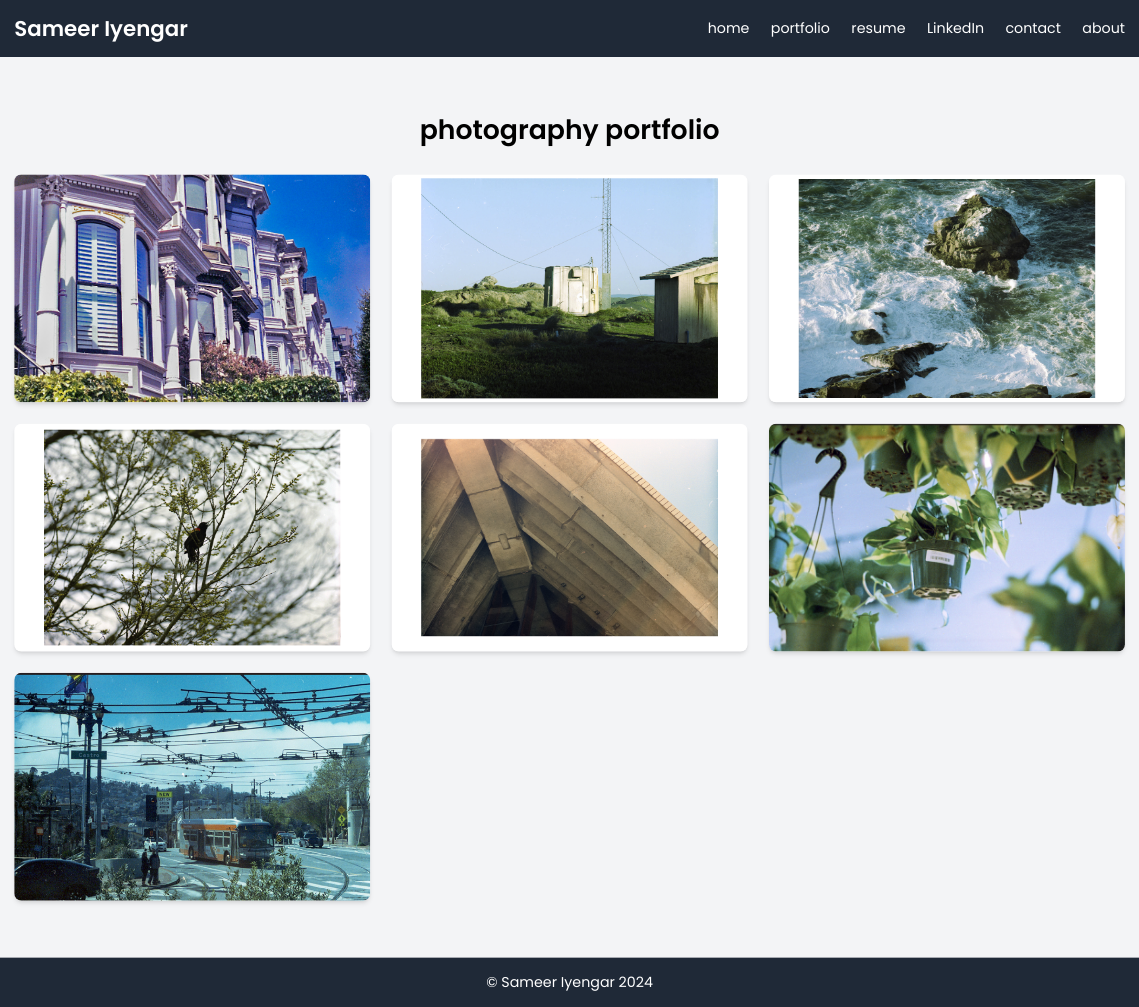
Repository: siyengar04/siyengar04.github.io
Page: portfolio.html
An editor plug-in stored every save of this project. The page is shown before and after a run of saves, followed by the edit.
The browser window is 1280 px wide. The pictures show the whole page, at 89% of full size.
Some web libraries are served in a nearby version.

Above is the page before, as saved 2025-06-26 17:39:33.

After the next 2 saves:
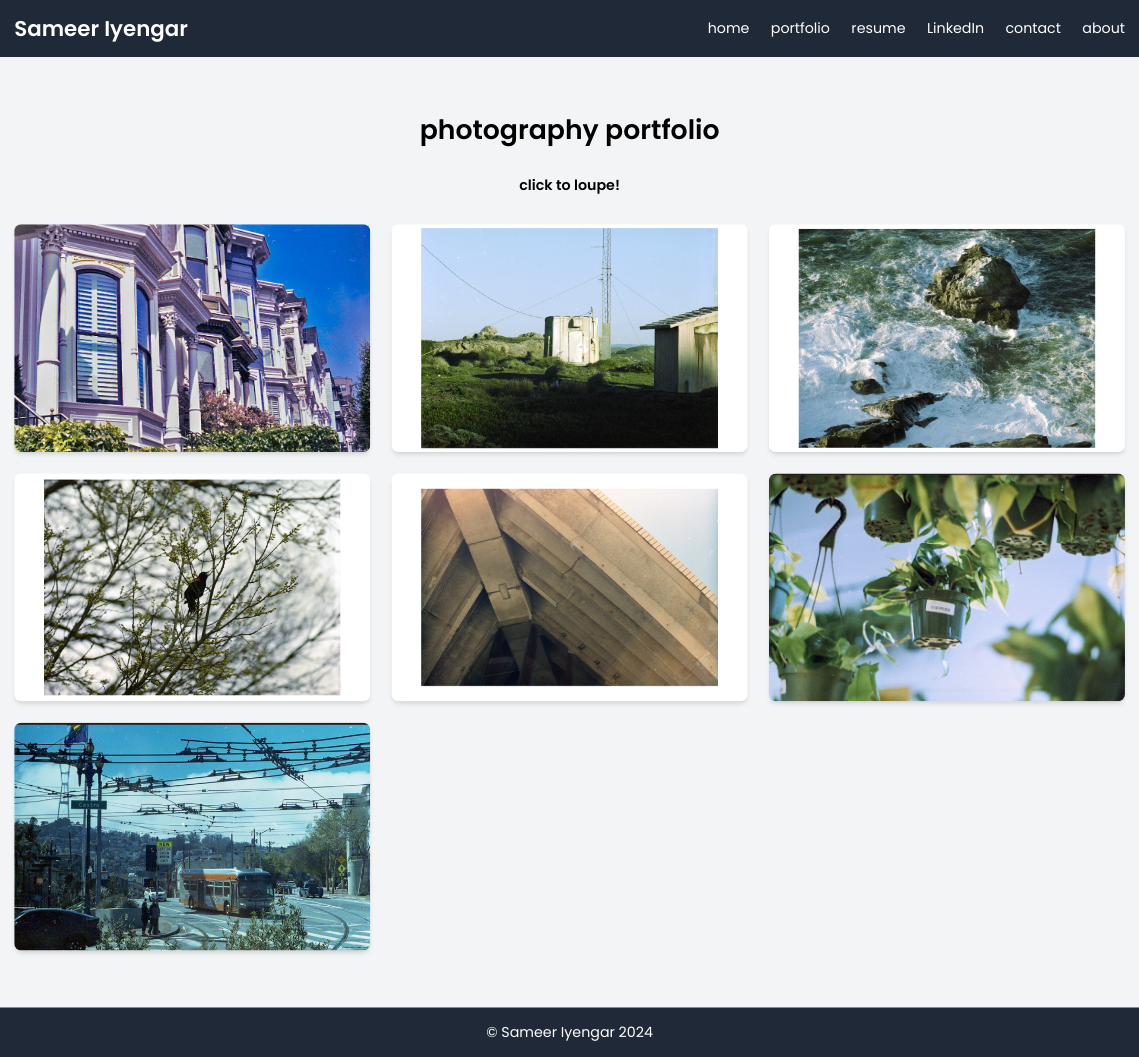
The 2 saves are shown as one change because they came seconds apart.
The last was saved 9 min 47 s later.
--- a/portfolio.html
+++ b/portfolio.html
@@ -89,7 +89,7 @@
     <section id="portfolio" class="py-16 mt-16 portfolio">
         <div class="container px-4 mx-auto">
             <h2 class="mb-8 text-3xl font-bold text-center">photography portfolio</h2>
-
+            <h3 class="mb-8 font-bold text-center text-1xl">click to loupe!</h3>
             <div class="grid grid-cols-1 gap-6 sm:grid-cols-2 lg:grid-cols-3">
                 <!-- Gallery Item 1 -->
                 <div class="gallery-item">
